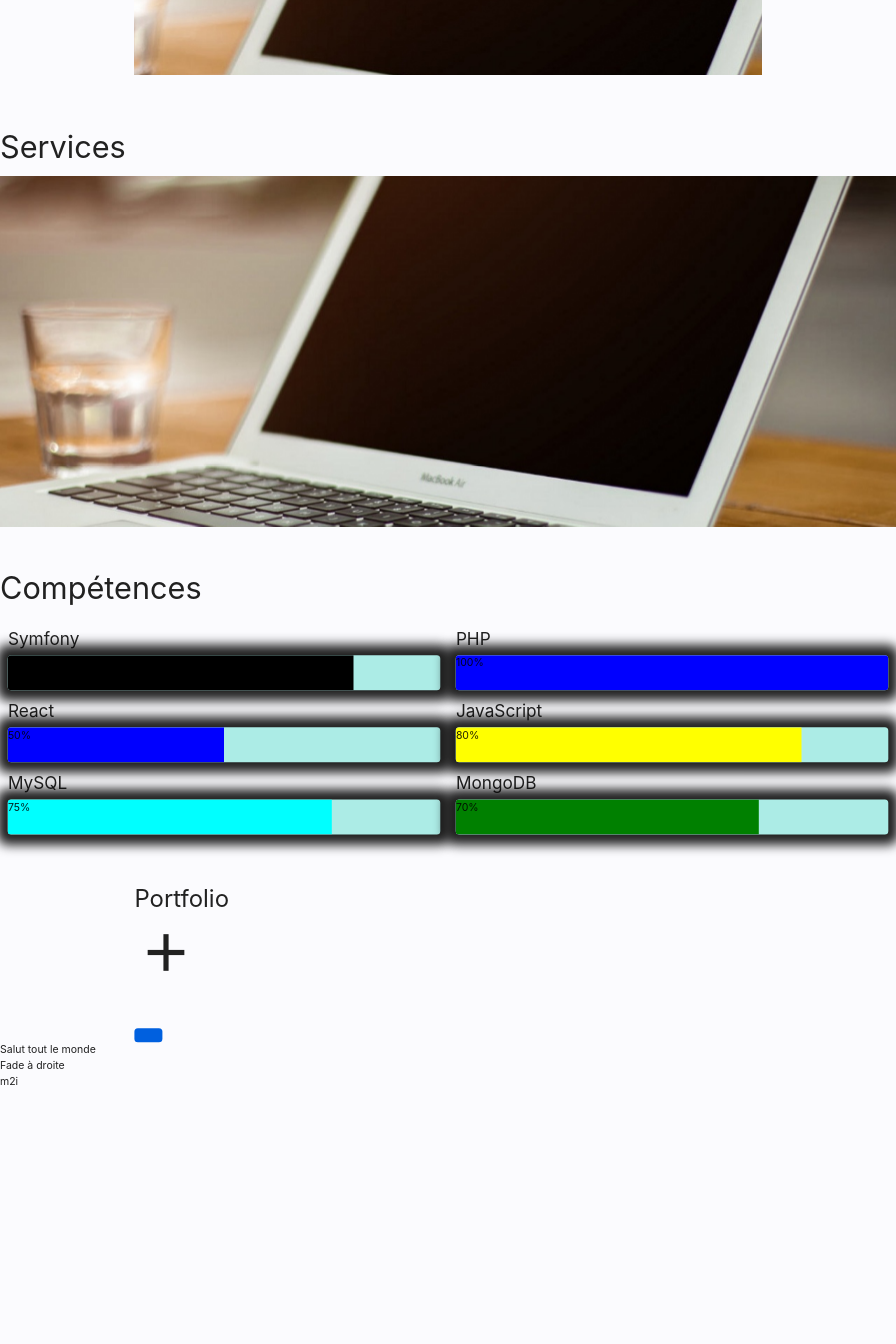
Repository: duncanidaho14/mavitrine
Page: index.html
An editor plug-in stored every save of this project. The page is shown before and after a run of saves, followed by the edit.
The browser window is 1280 px wide. The pictures show the part of the page from y = 1130 to 3050 px (the page is 4178 px tall), at 70% of full size.

Above is the page before, as saved 2021-06-15 19:33:38.

### index.html
<!DOCTYPE html>
<html lang="fr">
<head>
    <meta charset="UTF-8">
    <meta http-equiv="X-UA-Compatible" content="IE=edge">
    <meta name="viewport" content="width=device-width, initial-scale=1.0">
    <meta name="description" content="">
    <meta name="theme-color" content="#84db94">
    <!-- Compiled and minified CSS -->
    <link href="https://fonts.googleapis.com/icon?family=Material+Icons" rel="stylesheet">
    <link rel="stylesheet" href="https://cdnjs.cloudflare.com/ajax/libs/materialize/1.0.0/css/materialize.min.css">
    <link href="https://unpkg.com/aos@2.3.1/dist/aos.css" rel="stylesheet">
    <link rel="stylesheet" href="./assets/css/style.css">
    <title>Elhadi BEDDAREM</title>
</head>
<body>
<div class="inc">

    <header class="container-fluid">
        <div class="row">
            <nav class="navbar-fixed">
                <div class="nav-wrapper">
                    <a id="switch" onclick="toggleTheme()" class="waves-effect waves-light btn-large"><i class="material-icons">airplay</i></a>
                    <a href="#!" class="brand-logo">EB<i class="material-icons">cloud</i></a>
                    <ul class="right hide-on-med-and-down">
                        <li><a href="#services" class="sc"><i class="material-icons">search</i></a></li>
                        <li><a href="#competences"><i class="material-icons">view_module</i></a></li>
                        <li><a href="#parcours"><i class="material-icons">refresh</i></a></li>
                        <li><a href="#contact"><i class="material-icons">more_vert</i></a></li>
                    </ul>
                </div>
            </nav>
            <ul class="sidenav" id="mobile-demo">
                <li><a href="#quisuisje">Qui suis-je ?</a></li>
                <li><a href="#mestechno">Mes techno</a></li>
                <li><a href="#parcours">Parcours</a></li>
                <li><a href="#contact">Contact</a></li>
            </ul>
            <ul id="slide-out" class="sidenav">
                <li>
                    <div class="user-view">
                        <div class="background">
                            <img src="/assets/img/mysql.png" class="circle">
                        </div>
                        <a href="#user"><img class="circle" src="/assets/img/git.png"></a>
                        <a href="#name"><span class="black-text name">Elhadi Beddarem</span></a>
                        <a href="#email"><span class="black-text email">elhadibeddarem@gmail.com</span></a>
                    </div>
                </li>
                <li><a href="https://codeintheshell.fr" target="_blank"><i class="material-icons">cloud</i>Autre site : codeintheshell.fr</a></li>
                <li><a href="https://shtex.fr/">Autre site : shtex.fr</a></li>
                <li><a href="http://shtexworld.fr/">Autre site : shtexworld.fr</a></li>
                <li>
                    <div class="divider"></div>
                </li>
                <li><a class="subheader">séparateur</a></li>
                <li><a class="waves-effect" href="./assets/img/cvelhadi.pdf" download="cvelhadi"><i class="material-icons">cloud_download</i> CV Download</a></li>
            </ul>
            <a href="#" data-target="slide-out" class="sidenav-trigger"><i class="material-icons">menu</i></a>
        </div>
    </header>

    <section class="container">
        <article class="row">
            <h1 class="elhadi-title" data-aos="fade-right">Elhadi BEDDAREM</h1>
            <h2 data-aos="fade-left">Concepteur d'Application Web</h2>
            <div class="carousel" data-aos="zoom-in-left">
                <a class="carousel-item" href="#two!"><img src="./assets/img/react.png"></a>
                <a class="carousel-item" href="#one!"><img src="./assets/img/symfony.png"></a>
                <a class="carousel-item" href="#three!"><img src="./assets/img/mysql.png"></a>
                <a class="carousel-item" href="#four!"><img src="./assets/img/git.png"></a>
                <a class="carousel-item" href="#five!"><img src="./assets/img/javascript.png"></a>
            </div>

            <div class="parallax-container" data-aos="zoom-in-left">
                <div class="parallax">
                    <img src="./assets/img/ordinateur-de-bureau-pc.jpg" alt="ordinateur de bureau"/>
                </div>
            </div>
        </article>


    </section>

    <section class="container-fluid">
        <div id="services" class="section scrollspy"></div>
        <article class="row services">
            <h3>Services</h3>
            <div class="parallax-container" data-aos="zoom-in-right">
                <div class="parallax">
                    <img src="./assets/img/ordinateur-de-bureau-pc.jpg" alt="ordinateur de bureau"/>
                </div>
            </div>
        </article>
    </section>

    <section class="container-fluid section scrollspy" data-aos="fade-up" id="competences">
        <article class="row competences">
            <h3>Compétences</h3>

                <div class="col s6 ">
                    <h5 class="title-five">Symfony</h5>
                    <div class="progress bar">
                        <div class="determinate symfony" data-done="80">80%</div>
                    </div>
                    <h5 class="title-five">React</h5>
                    <div class="progress bar">
                        <div class="determinate react" data-done="50">50%</div>
                    </div>
                    <h5 class="title-five">MySQL</h5>
                    <div class="progress bar">
                        <div class="determinate mysql" data-done="75">75%</div>
                    </div>
                </div>
                <div class="col s6">
                    <h5 class="title-five">PHP</h5>
                    <div class="progress bar">
                        <div class="determinate php" data-done="100">100%</div>
                    </div>
                    <h5 class="title-five">JavaScript</h5>
                    <div class="progress bar">
                        <div class="determinate javascript" data-done="80">80%</div>
                    </div>
                    <h5 class="title-five">MongoDB</h5>
                    <div class="progress bar">
                        <div class="determinate mongodb" data-done="70">70%</div>
                    </div>
                </div>
        </article>

    </section>

    <aside class="container">
        <article class="row">
            <h4>Portfolio</h4>
            <p><i class="material-icons large">add</i></p>
            <div id="search" class="section scrollspy"></div>
        </article>
        <button></button>
    </aside>




<div data-aos="fade-up">Salut tout le monde</div>



<div data-aos="fade-right">Fade à droite</div>


<div class="fadeup" data-aos="fade-up"
    data-aos-anchor-placement="top-center">
        m2i
</div>
<section class="container">
    <article class="row">
        <h3>Contact</h3>
        <form action="./contact.php" method="POST">
            <input type="text" class="input-group-text" placeholder="nom">
            <input type="email" class="input-group-text" placeholder="email">
            <a class="waves-effect waves-light btn"><i class="material-icons right">cloud</i>Envoyer</a>        </form>

    </article>
</section>

    <footer>
        <p>
                En 2016, un ami m'a mis le pied à l'étriller en me montrant PHP et MySQL.
                Alors je me suis formé au joie du code et m'orienté dans le domaine du web.
                J'ai commencé à suivre des formations sur des plateformes gratuites telle que youtube, freecodecamp
                mais aussi payantes telle que udemy.
            </p>
            <p>En 2017, j'ai travaillé chez FTL Express, une société chinoise de livraison de colis.
                Nous avions pour projet une application d'impression de timbres postaux.
                Le but étant de facilité l'envoie de colis postaux vers la chine pour les personnes chinoises vivant en France. Ceux là leur simplifie  la vie puisqu'il n'ont pas
                à faire la queue à la poste pour l'envoie de leur colis.
                Coté front nous avons utilisé Vue JS et coté back Java. En temps que développeur front-end je suis responsable de la qualité de mon code<br>
                - Migration Vue 2.* et Int8 de l'application<br>
                - Implémentationde fonctionnalité d’importation de CSV
                - Test Unitaire et fonctionnel.<br>
                et de PDF<br>
                <span>Environnement technique: Vue JS, Node JS, Express,
                Element io, Chai, Mocha, SCRUM.</span>
            </p>

            <p>En 2018, j'ai travaillé pour la société Azzerisk Advantage basée à saint Mandé. AZZERISK Advantage est un cabinet indépendant et international proposant
            des solutions complètes en risk management. <br>
                    -         Installation de Cassandra sous windows 10<br>
                    -         Ajout de nouvelles règles de gestion<br>
                    -         Stockage en base de données NoSQL (Cassandra)<br>
                    -         Maintenance évolutive et corrective sur un logiciel de comparaison de stratégie de risk. <br>
                    -         Mise en forme de l’application grâce au flexbox<br>
                    Environnement technique : AngularJS, Oracle, Cassandra, REST, Elasticsearch
            </p>

            <p>En 2019, J'ai travaillé sur des projets personnels : <br>
                <a href="https://shtex.fr" target="_blank">https://shtex.fr</a> est un site en React JS. C'est une SPA connecté à une API REST (the MovieDB). <br>
                <a href="http://shtexworld.fr" target="_blank">https://shtexworld.fr</a> est un site en javascript. Le jeu Snake pour les amateurs ;)<br>
                <a href="http://shtexworld.com"target="_blank" >https://shtexworld.com</a> est un site en React JS. il permet de voir la valeur de la monnaie par rapport au dollar.<br>
            J'ai lu le livre "tête la première dans les design pattern" écrit par Eric Freeman.
            </p>

            <p>En 2020, Développeur fullstack d'une application de calcul du nutriscore avec une solution Symfony 4.3 (twig) :
                <br>
                <a href="https://www.coopin.io/coopincook" target="_blank" rel="noopener noreferrer">https://www.coopin.io/coopincook</a>
                <br>
                <a href="https://cook.readyplayerweb.com/" target="_blank" rel="noopener noreferrer">https://cook.readyplayerweb.com/</a>
                <br>
                Web Scrapping en php de recette de cuisine. Site cuisine AZ, Marmitton, journal des femmes. <br>
                Implémentation de différentes fonctionnalité comme facebook login, facebook share, google sign-in...
                dans le projet symfony.<br>
                Inscription à l'app, connexion à l'app. envoie de mail avec swiftmailer... <br>
                Importation de CSV dans la base de données grâce à une connexion ssh et scp. <br>
                Installation du bundle webpack encore...<br>
                Ecriture de doc technique...<br>
                Site Wordpress avec Elementor.io
            </p>
            <p>
                cours udemy :
                cours d'algo avec matthieu Gaston
                    - algo de tri
                    -
                Octobre 2020<br>
                cours js<br>
                requete HTTP <br>
                function asynchrone<br>
                cours web component HTML5
            </p>
        <div id="footer">
            <p>je fais des macro sur wow</p>
        </div>
    </footer>

</div>

    <!-- Compiled and minified JavaScript -->
    <script src="https://cdnjs.cloudflare.com/ajax/libs/jquery/3.6.0/jquery.js"></script>
    <script src="https://unpkg.com/@popperjs/core@2"></script>
    <script src="https://cdnjs.cloudflare.com/ajax/libs/materialize/1.0.0/js/materialize.min.js"></script>
    <script src="https://unpkg.com/aos@2.3.1/dist/aos.js"></script>
    <script src="./assets/js/index.js"></script>
    <script>
        AOS.init();
    </script>
</body>
</html>

### assets/css/style.css
@font-face {
    font-family: "aladin-v8-latin-regular";
    src:    url("/assets/static/aladin-v8-latin-regular.woff2") format("woff2"),
            url("/assets/static/aladin-v8-latin-regular.woff") format("woff");
}

.theme-light {
    --color-primary: #0060df;
    --color-secondary: #fbfbfe;
    --color-accent: #fd6f53;
    --color-info: #ff9f41;
    --color-prud: #ffcb99;
    --font-color: #000000;
}

.theme-dark {
    --color-primary: #17ed90;
    --color-secondary: #2e6770;
    --color-third: #ff9f41;
    --color-accent: #12cdea;
    --color-info: #00ffff;
    --color-prud: #730100;
    --font-color: #ffffff;
}



* {
    margin: 0;
    padding: 0;
    box-sizing: border-box;
}

html, body {
    scroll-behavior: smooth;
}

.navbar-fixed {
    margin-top: -80px;
    position: fixed;
    z-index: 999;
    background-color: #0060df;
}

a .sidenav-trigger {
    position: relative;
    margin-top: 140px;
    width: 40px;
    height: 40px;
    z-index: 9999;
}

header.container-fluid {
    margin-top: 80px;
    height: auto;
}

.up {
    background-color: bisque;
}

.fadeup {
    width: 200px;
    height: 400px;
}

.inc {

    background: var(--color-secondary);

}

.inc h1 {
    color: var(--font-color);
}

.inc button {
    width: 10px;
    height: 20px;
    color: var(--font-color);
    background: var(--color-primary);
    padding: 10px 20px;
    border: 0;
    border-radius: 5px;
}

#switch {
    background-color: rgba(128, 0, 49, .2);
    top: -5px;
}

.elhadi-title {
    color: #000000;

}

.determinate {
    position: absolute;
}


div.progress.bar {
    height: 50px;
    border-radius: 5px 5px 5px 5px;
    box-shadow: 0px 0px 15px 15px;
}
div.determinate.symfony {
    background-color: #000000;

    height: 50px;
}

.progress>.determinate.symfony {

    width: 0%;
}

.progress>.determinate.react {
    background-color: blue;
}

.progress>.determinate.mysql {
    background-color: aqua;

}

.progress>.determinate.php {
    background-color: blue;
}

.progress>.determinate.javascript {
    background-color: yellow;
}

.progress>.determinate.mongodb {
    background-color: green;
}

### assets/js/index.js
$(document).ready(function(){
    $(".dropdown-trigger").dropdown();
    $('.sidenav').sidenav();
    $('.carousel').carousel();
    $('.parallax').parallax();
    $('.scrollspy').scrollSpy();
});


let competences = document.querySelector(".competences");
let progress = document.querySelectorAll(".progress");
let determinate = document.querySelectorAll(".determinate");
const symfony = document.querySelector('.determinate.symfony');
const react = document.querySelector(".determinate.react");
const mysql = document.querySelector(".determinate.mysql");
const php = document.querySelector(".determinate.php");
const javascript = document.querySelector(".determinate.javascript");
const mongodb = document.querySelector(".determinate.mongodb");
const progressbar = document.querySelector(".progress.bar");

window.addEventListener('scroll', (e) => {

    if (window.scrollY > 650) {
        competences.classList.add('up');
        symfony.style.width = symfony.getAttribute('data-done') + '%';
        react.style.width = react.getAttribute('data-done') + '%';
        mysql.style.width = mysql.getAttribute('data-done') + '%';
        php.style.width = php.getAttribute('data-done') + '%';
        javascript.style.width = javascript.getAttribute('data-done') + '%';
        mongodb.style.width = mongodb.getAttribute('data-done') + '%';

    }else {
        competences.classList.remove('up');
    }
});

// function loader() {
//     for (let i = 0; i < determinate.length; i++) {
//         const element = determinate[i];

//         //console.log(element);
//         setTimeout(() => {
//             symfony.style.width = element.getAttribute('data-done') + '%';
//             console.log(symfony.style.width)

//         }, 1500);

//         setTimeout(() => {
//             react.style.width = element.getAttribute('data-done') + '%';
//             //console.log(react.style.width);
//             mysql.style.width = element.getAttribute('data-done') + '%';
//             //console.log(mysql.style.width);
//             php.style.width = element.getAttribute('data-done') + '%';
//             javascript.style.width = element.getAttribute('data-done') + '%';
//             mongodb.style.width = element.getAttribute('data-done') + '%';
//         }, 2600);

//     }

// }

/**
 * Permet d'afficher l'onglet d'une couleur différente
 * Ne marche que sur chrome Android
 * @returns Color
 */
function getRandomRGBValue() {
    return Math.min(Math.floor(Math.random() * 255 + 1), 255);
}

function getRandomColor() {
    var r = getRandomRGBValue(),
        g = getRandomRGBValue(),
        b = getRandomRGBValue();
    return "#" + (((1 << 24) + (r << 16) + (g << 8) + b).toString(16).slice(1));
}

function changeThemeColor() {
    var metaThemeColor = document.querySelector("meta[name=theme-color]");
    metaThemeColor.setAttribute("content", getRandomColor());
    setTimeout(function () {
        changeThemeColor();
    }, 3000);
}

changeThemeColor();


// function to set a given theme/color-scheme
function setTheme(themeName) {
    localStorage.setItem('theme', themeName);
    document.documentElement.className = themeName;
}
// function to toggle between light and dark theme
function toggleTheme() {
    if (localStorage.getItem('theme') === 'theme-dark') {
        setTheme('theme-light');
    } else {
        setTheme('theme-dark');
    }
}
// Immediately invoked function to set the theme on initial load
(function () {
    if (localStorage.getItem('theme') === 'theme-dark') {
        setTheme('theme-dark');
    } else {
        setTheme('theme-light');
    }
})();

After the next 4 saves:
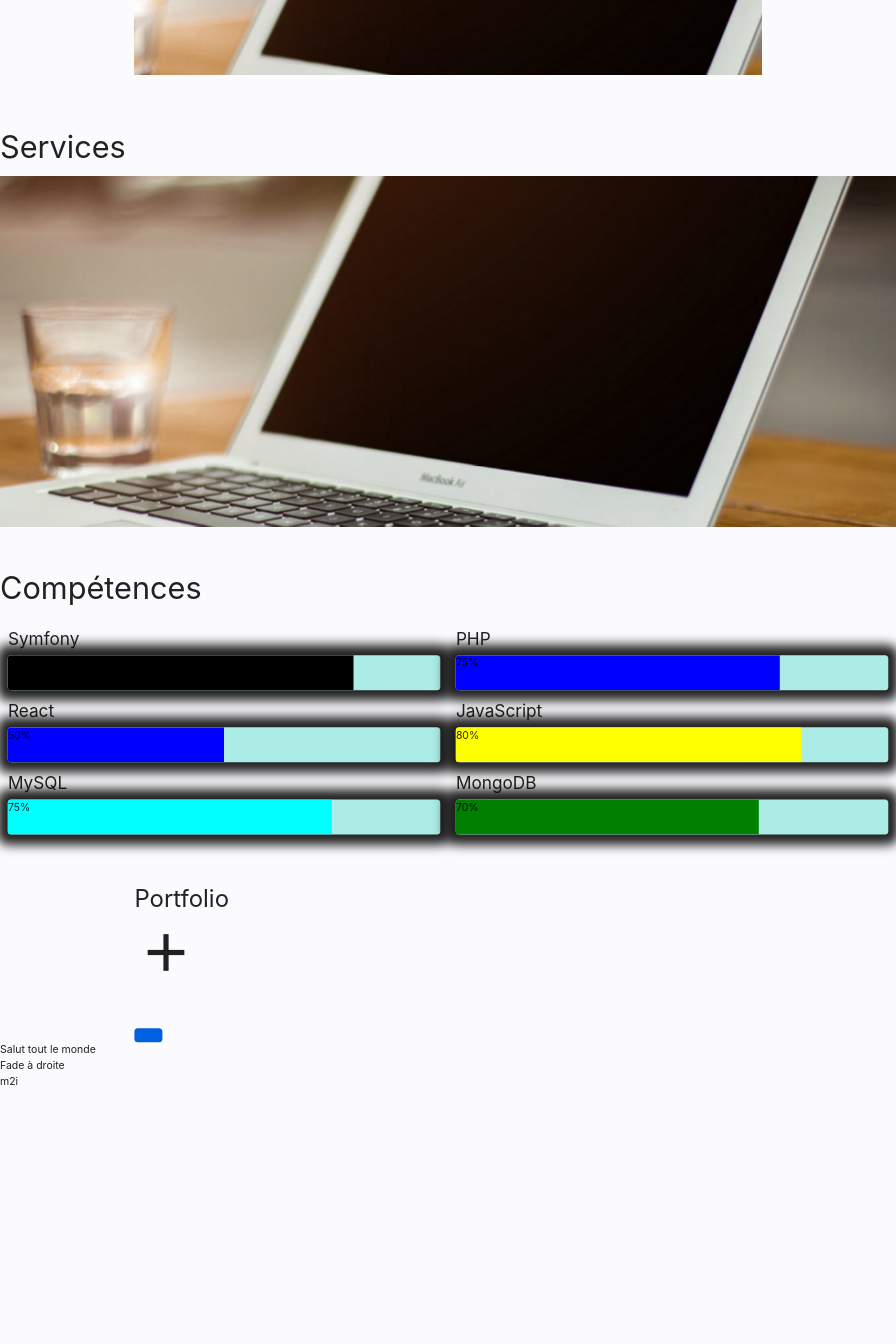
The 4 saves are shown as one change because they came seconds apart.
The last was saved 13 s later.
--- a/index.html
+++ b/index.html
@@ -115,7 +115,7 @@
                 <div class="col s6">
                     <h5 class="title-five">PHP</h5>
                     <div class="progress bar">
-                        <div class="determinate php" data-done="100">100%</div>
+                        <div class="determinate php" data-done="75">75%</div>
                     </div>
                     <h5 class="title-five">JavaScript</h5>
                     <div class="progress bar">
